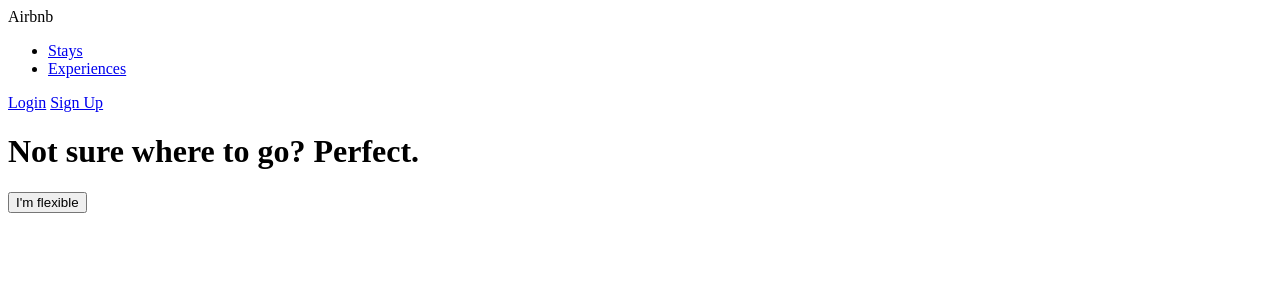
Repository: rmdayberry/Airbnb-Clone
Page: index.html
These files come from the project's save history. The page is drawn as it stood at one moment and after the next save; the edit follows.
The browser window is 1280 px wide. The pictures show the whole page.

Above is the page before, as saved 2024-08-13 13:37:37.

After the next save:
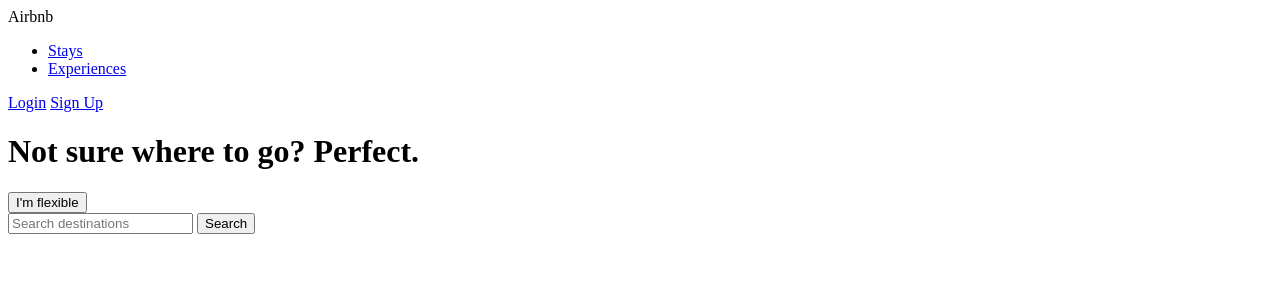
Saved 7 min 30 s later.
--- a/index.html
+++ b/index.html
@@ -28,5 +28,11 @@
         <button class="cta-button">I'm flexible</button>
       </div>
     </header>
+
+    <!-- Search Bar -->
+    <section class="search-bar">
+      <input type="text" placeholder="Search destinations" />
+      <button>Search</button>
+    </section>
   </body>
 </html>
